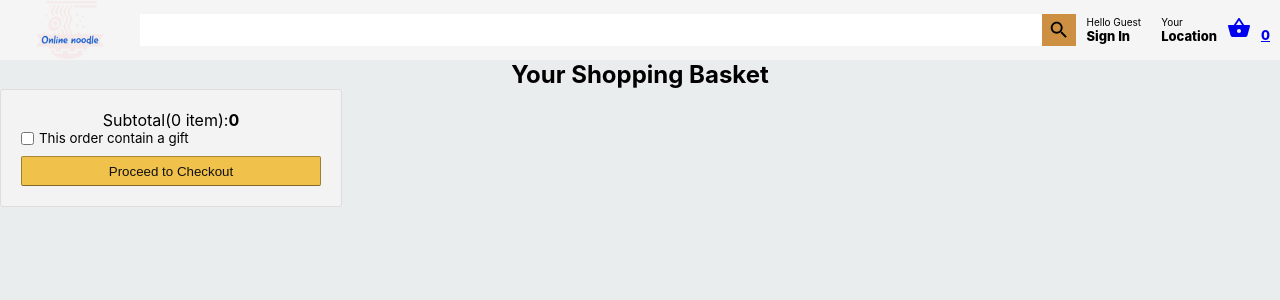
Repository: treenoise09/Noodleonline
Page: /checkout
These files come from the project's save history. The page is drawn as it stood at one moment and after the next save; the edit follows.
The browser window is 1280 px wide. The pictures show the whole page.
The project was rebuilt for these pictures with package versions that can differ from the ones it lists, and the page was loaded fresh each time. Also part of the build but not shown: src/Home.css, src/Noodle.css, src/Noodle.js, src/Home.js.

Above is the page before, as saved 2022-10-28 16:35:10.

After the next save:
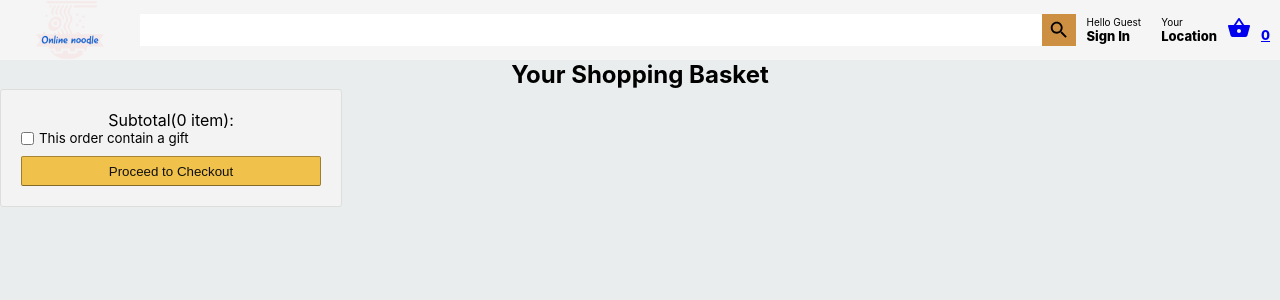
Saved 11 min 34 s later.
--- a/src/Subtotal.js
+++ b/src/Subtotal.js
@@ -1,7 +1,9 @@
 import React from 'react'
 import "./Subtotal.css"
 import CurrencyFormat from "react-currency-format";
+import { useStateValue } from './stateprovider';
 function Subtotal() {
+  const [{basket},dispatch] = useStateValue();
   return (
     <div className='Subtotal'>
 <CurrencyFormat
@@ -9,7 +11,7 @@
 <>
     <p>
         Subtotal(0 item):
-        <strong>0</strong>
+        <strong>{basket?.lenght}</strong>
         </p>
         <small className='subtotal_gift'>
             <input type="checkbox"/>This order contain a gift
